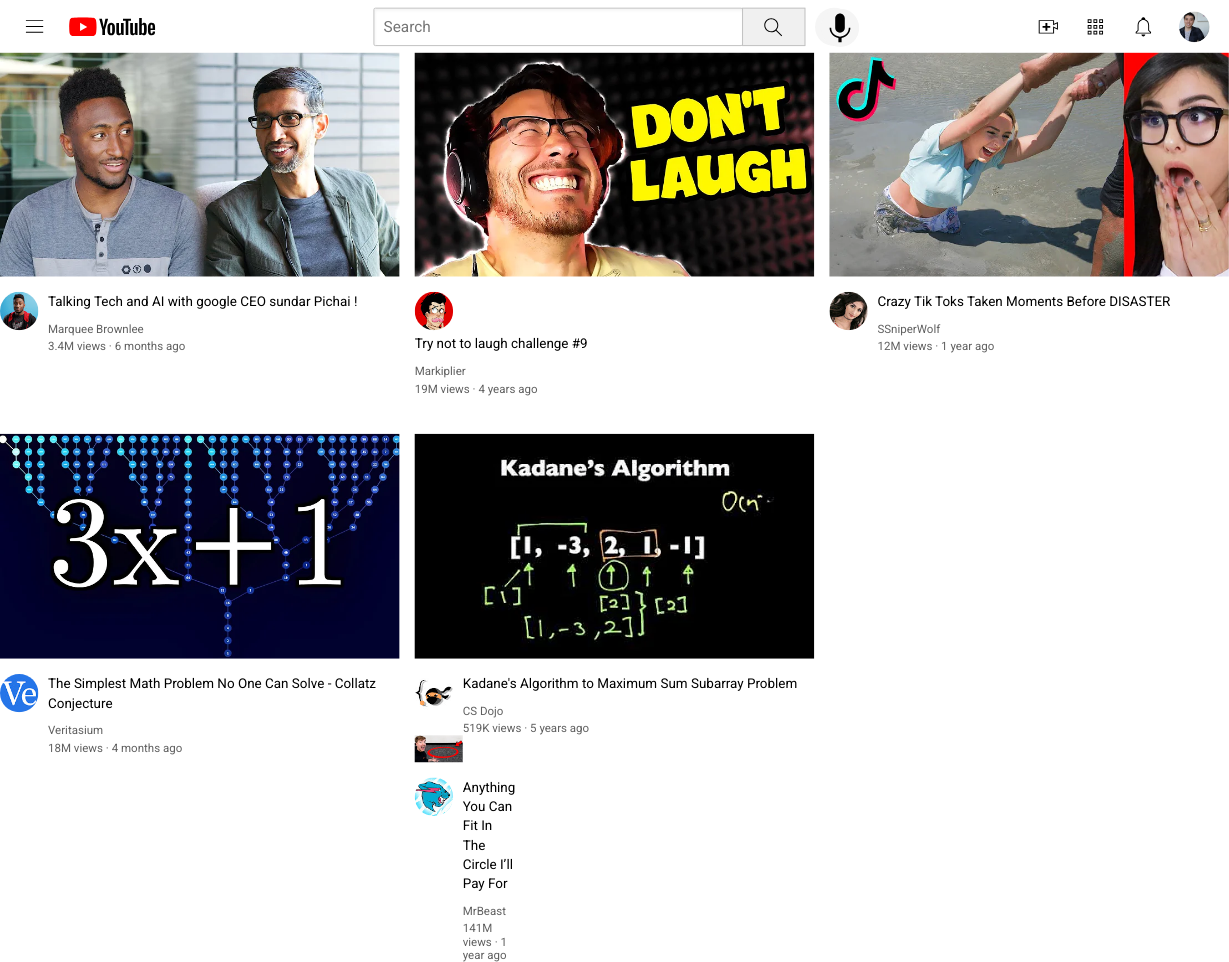
Repository: knowledgeAlan/html-css-thirteen
Page: youtube.html
These files come from the project's save history. The page is drawn as it stood at one moment and after the next save; the edit follows.
The browser window is 1280 px wide. The pictures show the whole page, at 96% of full size.

Above is the page before, as saved 2024-03-19 18:32:48.

### youtube.html
<!DOCTYPE html>
<html>

<head>
    <title>Youtube.com Clone</title>

    <link rel="preconnect" href="https://fonts.googleapis.com">
    <link rel="preconnect" href="https://fonts.gstatic.com" crossorigin>
    <link href="https://fonts.googleapis.com/css2?family=Roboto:wght@400;500;700&display=swap" rel="stylesheet">

    <link rel="stylesheet" href="styles/general.css">
    <link rel="stylesheet" href="styles/header.css">
    <link rel="stylesheet" href="styles/video.css">

    <body>


        <div class="header">


            <div class="left-section">

                <img class="hamburger-menu" src="icons/hamburger-menu.svg">
                <img class="youtube-logo" src="icons/youtube-logo.svg">

            </div>

            <div class="middle-section">
                <input class="search-bar" type="text" placeholder="Search">

                <button class="search-button">
                    <img class="search-icon" src="icons/search.svg">
                </button>

                <button class="voice-search-button">
                       <img class="voice-search-button" src="icons/voice-search-icon.svg" >
                </button>
            </div>

            <div class="right-section">
                <img class="upload-icon" src="icons/upload.svg">
                <img class="youtube-apps-icon" src="icons/youtube-apps.svg">
                <img class="notifications-icon" src="icons/notifications.svg">
                <img class="current-user-picture" src="channel-pictures/my-channel.jpeg">

            </div>

        </div>

        <div class="video-grid">

            <div class="video-preview">

                <div class="thumbnail-row">
                    <img class="thumbnail" src="thumbnails/thumbnail-1.webp">
                </div>

                <div class="video-info-grid">

                    <div class="channel-picture">
                        <img class="profile-picture" src="channel-pictures/channel-1.jpeg">
                    </div>

                    <div class="video-info">
                        <p class="video-title">
                            Talking Tech and AI with google CEO sundar Pichai !

                        </p>

                        <p class="video-author">
                            Marquee Brownlee
                        </p>

                        <p class="video-stats">
                            3.4M views &#183; 6 months ago
                        </p>

                    </div>
                </div>
            </div>


            <div class="video-preview">
                    <div class="thumbnail-row">
                        <img class="thumbnail" src="thumbnails/thumbnail-2.webp">

                    </div>

                    <div class="=video-info-grid">
                        <div class="channel-picture">
                            <img class="profile-picture" src="channel-pictures/channel-2.jpeg">
                        </div>

                        <div class="video-info">
                            <p class="video-title">
                                Try not to laugh challenge #9
                            </p>

                            <p class="video-author">
                                Markiplier
                            </p>

                            <p class="video-stats">
                                19M views &#183; 4 years ago
                            </p>
                        </div>
                    </div>
            </div>



            <div class="video-preview">

                <div class="thumbnail-row">
                    <img class="thumbnail" src="thumbnails/thumbnail-3.webp">
                </div>

                <div class="video-info-grid">
                    <div class="channel-picture">
                        <img class="profile-picture"    src="channel-pictures/channel-3.jpeg">
                    </div>

                    <div class="video-info">
                         <p class="video-title">
                            Crazy Tik Toks Taken Moments Before DISASTER
                         </p>

                         <p class="video-author">
                            SSniperWolf
                         </p>

                         <p class="video-stats">
                            12M views &#183; 1 year ago
                         </p>
                    </div>
                </div>
            </div>

            <div class="video-preview">
                <div class="thumbnail-row">
                    <img class="thumbnail" src="thumbnails/thumbnail-4.webp">
                </div>
                <div class="video-info-grid">
                    <div class="channel-picture">
                        <img class="profile-picture" src="channel-pictures/channel-4.jpeg">
                    </div>

                    <div class="video-info">
                        <p class="video-title">
                            The Simplest Math Problem No One Can Solve - Collatz Conjecture
                        </p>
                        <p class="video-author">
                            Veritasium
                        </p>

                        <p class="video-stats">
                            18M views &#183; 4 months ago
                        </p>

                    </div>
                </div>
            </div>

            <div class="video-preview">
                <div class="thumbnail-row">
                    <img class="thumbnail" src="thumbnails/thumbnail-5.webp">
                </div>



                    <div class="video-info-grid">
                        <div class="channel-picture">
                            <img class="profile-picture" src="channel-pictures/channel-5.jpeg">
                        </div>

                        <div class="video-info">

                            <p class="video-title">
                                Kadane's Algorithm to Maximum Sum Subarray Problem
                            </p>

                            <p class="video-author">
                                CS Dojo
                            </p>

                            <p class="video-stats">
                                519K views &#183; 5 years ago
                            </p>
                        <div>

                  </div>
            </div>


            <div class="video-preview">
                <div class="thumbnail-row">
                    <img class="thumbnail" src="thumbnails/thumbnail-6.webp">
                </div>

                <div class="video-info-grid">
                    <div class="channel-picture">
                        <img class="profile-picture" src="channel-pictures/channel-6.jpeg">
                    </div>
                    <div class="video-info">
                        <p class="video-title">
                            Anything You Can Fit In The Circle I’ll Pay For
                        </p>

                        <p class="video-author">
                            MrBeast
                        </p>

                        <p class="video-stats">
                            141M views &#183; 1 year ago
                        </p>
                    </div>
                </div>

            </div>


        </div>



    </body>
</head>
</html>

### styles/general.css
p{
    font-family: Roboto,Arial;
    margin-top: 0;
    margin-bottom: 0;
}

body{
    margin: 0;
}

### styles/header.css
.header {
    height: 55px;
    display: flex;
    flex-direction: row;
    justify-content: space-between;


}


.left-section {

    display: flex;
    align-items: center;
}

.hamburger-menu {

    height: 24px;
    margin-left: 24px;
    margin-right: 24px;
}


.youtube-logo {
    height: 20px ;
}

.middle-section {
    flex: 1;
    margin-left: 70px;
    margin-right:  35px;
    max-width: 500px;
    display: flex;
    align-items: center;
}

.search-bar{
    flex: 1;
    height: 36px;
    padding-left: 10px;
    font-size: 16px;
    border-width: 1px;
    border-style: solid;
    border-color: rgb(192, 192, 192);
    border-radius: 2px;
    box-shadow: inset 1px 2px 3px rgba(0, 0, 0, 0.05);
    width: 0;

}



.search-bar::placeholder {
    font-family: Roboto,Arial;
    font-size: 16px;
}


.search-button{
    height: 40px;
    width: 66px;
    background-color: rgb(240, 240, 240);
    border-width: 1px;
    border-style: solid;
    border-color: rgb(192, 192, 192);
    margin-left: -1px;
    margin-right: 10px;
}


.search-icon {
    height: 25px;
    margin-top: 4px;
}


.voice-search-button{
    height: 40px;
    width: 40px;
    border-radius: 20px;
    border: none;
    background-color: rgb(245, 245, 245);
}


.video-search-icon {
    height: 24px;
    width: 40px;
    border-radius: 20px;
    border: none;
    background-color: rgb(245, 245, 245);
}

.right-section {
    width: 180px;
    margin-right: 20px;
    display: flex;
    align-items: center;
    justify-content: space-between;
    flex-shrink: 0;

}

.upload-icon {
    height: 24px;
}

.youtube-apps-icon{
    height: 24px;
}


.notifications-icon {
    height: 24px;
}

.current-user-picture {
    height: 32px;
    border-radius: 16px ;
}

### styles/video.css
.thumbnail{
    width: 100%;
}

.video-title {
    margin-top: 0;
    font-size: 14px;
    font-weight: 500px ;
    line-height: 20px;
    margin-bottom: 12px;
}


.video-info-grid {
    display: grid;
    grid-template-columns: 50px 1fr;
}


.profile-picture{
    width: 40px;
    border-radius: 50px;
}


.thumbnail-row {
    margin-bottom: 12px;
}

.video-author,.video-stats {
    font-size: 12px;
    color: rgb(96, 96, 96);
}

.video-author {
    margin-bottom: 4px;
}

.video-grid{
    display: grid;
    grid-template-columns: 1fr 1fr 1fr;
    column-gap: 16px;
    row-gap: 40px;
}

After the next save:
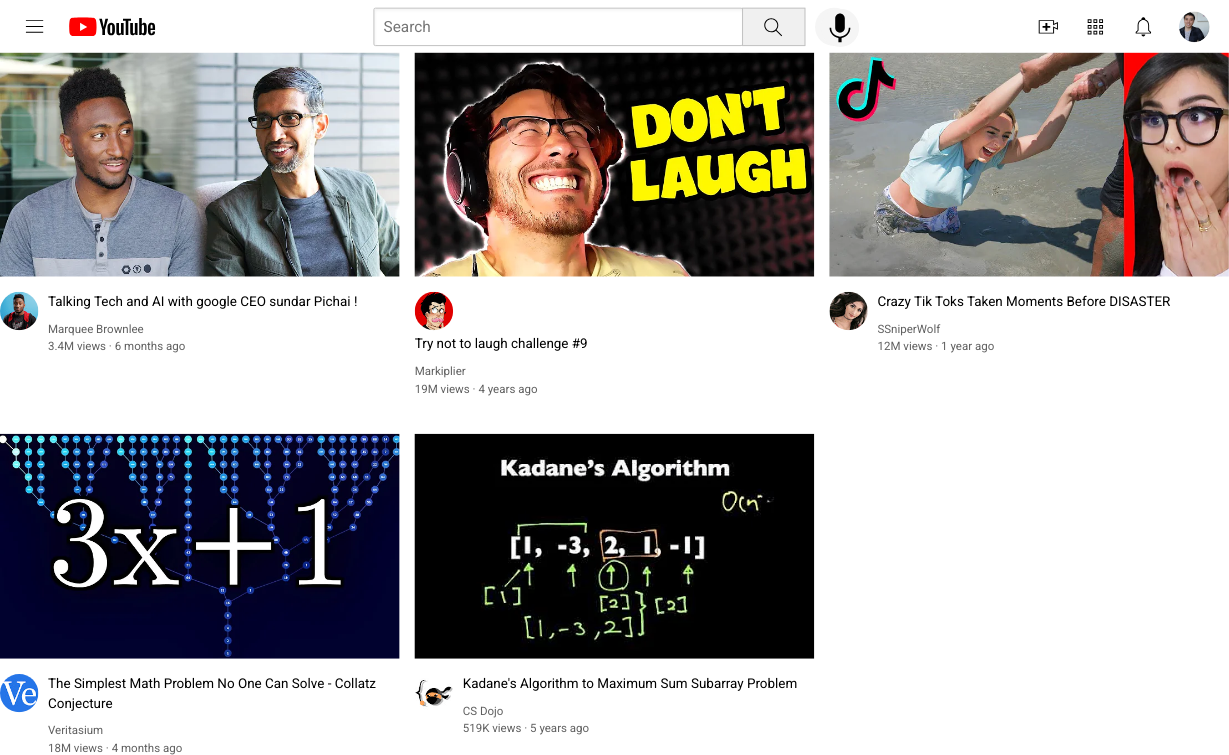
Saved 2 days later.
--- a/youtube.html
+++ b/youtube.html
@@ -192,31 +192,7 @@
             </div>
 
 
-            <div class="video-preview">
-                <div class="thumbnail-row">
-                    <img class="thumbnail" src="thumbnails/thumbnail-6.webp">
-                </div>
-
-                <div class="video-info-grid">
-                    <div class="channel-picture">
-                        <img class="profile-picture" src="channel-pictures/channel-6.jpeg">
-                    </div>
-                    <div class="video-info">
-                        <p class="video-title">
-                            Anything You Can Fit In The Circle I’ll Pay For
-                        </p>
-
-                        <p class="video-author">
-                            MrBeast
-                        </p>
-
-                        <p class="video-stats">
-                            141M views &#183; 1 year ago
-                        </p>
-                    </div>
-                </div>
-
-            </div>
+
 
 
         </div>

After the save that followed:
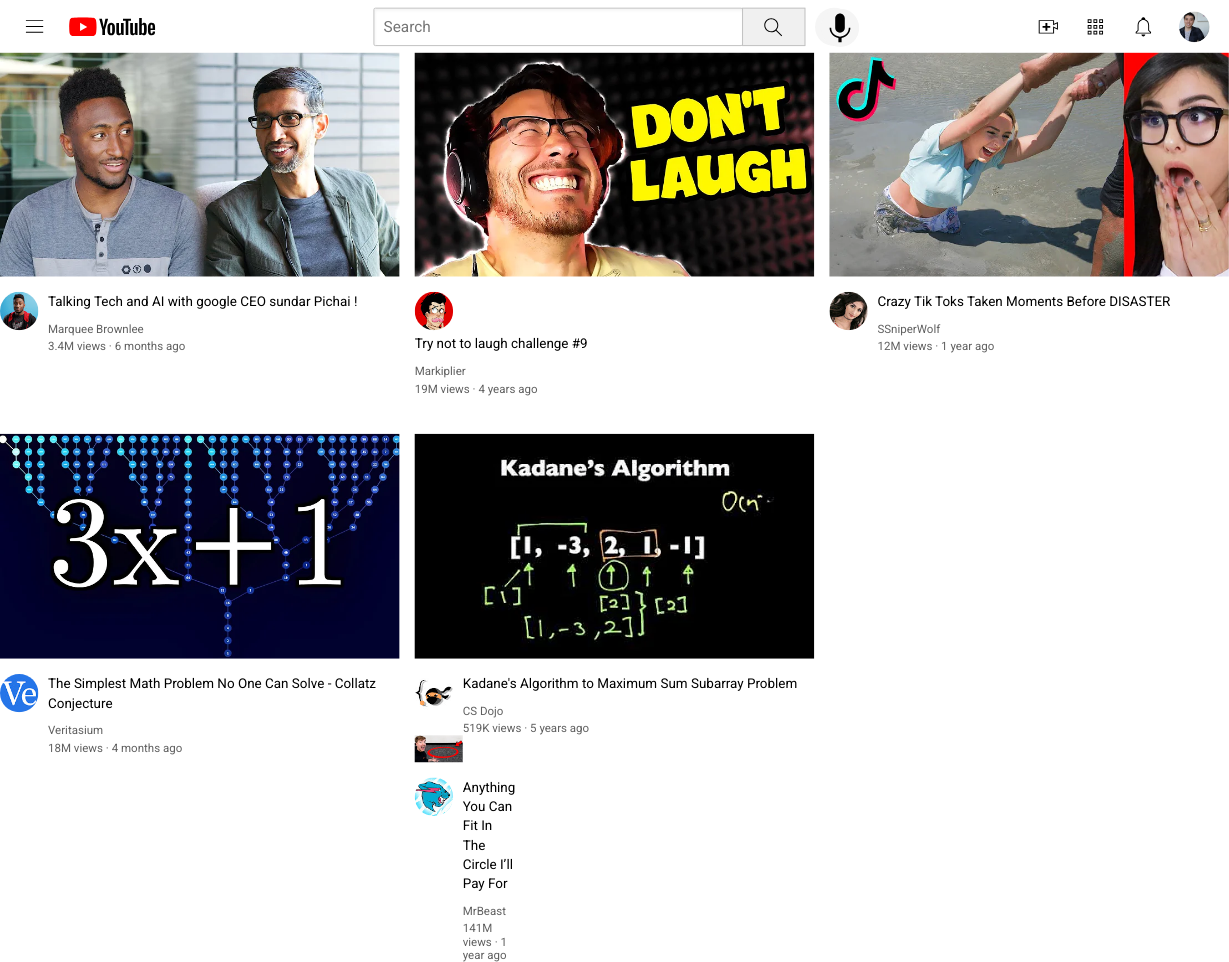
Saved 14 s later.
--- a/youtube.html
+++ b/youtube.html
@@ -192,7 +192,31 @@
             </div>
 
 
-
+            <div class="video-preview">
+                <div class="thumbnail-row">
+                    <img class="thumbnail" src="thumbnails/thumbnail-6.webp">
+                </div>
+
+                <div class="video-info-grid">
+                    <div class="channel-picture">
+                        <img class="profile-picture" src="channel-pictures/channel-6.jpeg">
+                    </div>
+                    <div class="video-info">
+                        <p class="video-title">
+                            Anything You Can Fit In The Circle I’ll Pay For
+                        </p>
+
+                        <p class="video-author">
+                            MrBeast
+                        </p>
+
+                        <p class="video-stats">
+                            141M views &#183; 1 year ago
+                        </p>
+                    </div>
+                </div>
+
+            </div>
 
 
         </div>
